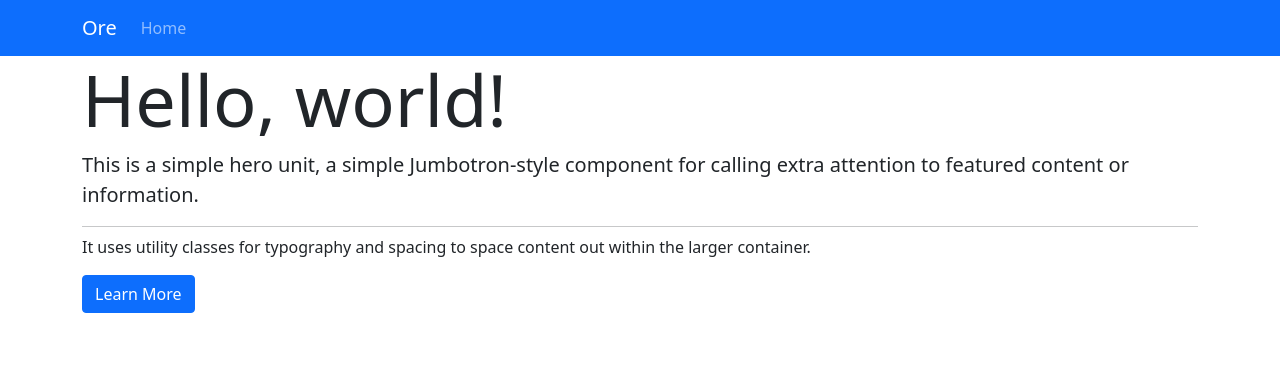
Repository: thf4/React-Front
Page: /
These files come from the project's save history. The page is drawn as it stood at one moment and after the next save; the edit follows.
The browser window is 1280 px wide. The pictures show the whole page.
The project was rebuilt for these pictures with package versions that can differ from the ones it lists, and the page was loaded fresh each time. Also part of the build but not shown: src/config/index.js, src/pages/Home/index.js, src/pages/Vizualizar/index.js, src/config/cadastrar.js, src/pages/Cadastrar/index.js, src/pages/Editar/index.js.

Above is the page before, as saved 2021-05-07 15:40:30.

### src/App.js
import React from "react";
import { BrowserRouter as Router, Switch, Route } from "react-router-dom";
import { Home } from "./pages/Home/";
import { View } from "./pages/Vizualizar/";
import { Cadastrar } from "./pages/Cadastrar/";
import { Editar } from "./pages/Editar/";
import { Menu } from "./components/Menu";
import { Login } from "./pages/Login/index"
import 'bootstrap/dist/css/bootstrap.min.css';
function App() {
  return (
    <div>
      <Menu />
      <Router>
        <Switch>
          <Route exact path="/" component={Login} />
          <Route path="/listar" component={Home} />
          <Route path="/view" component={View} />
          <Route path="/cadastrar" component={Cadastrar} />
          <Route path="/editar" component={Editar} />
        </Switch>
      </Router>
    </div>
  );
}

export default App;

### src/components/Menu.js
import React, { useState } from "react";
import {
  Collapse,
  Navbar,
  NavbarToggler,
  NavbarBrand,
  Nav,
  NavItem,
  NavLink,
  Container,
} from "reactstrap";
export const Menu = (props) => {
  const [isOpen, setIsOpen] = useState(false);
  const toggle = () => setIsOpen(!isOpen);

  return (
    <div>
      <Navbar color="primary" dark expand="md">
        <Container>
        <NavbarBrand href="/">Ore</NavbarBrand>
        <NavbarToggler onClick={toggle} />
        <Collapse isOpen={isOpen} navbar>
          <Nav className="mr-auto" navbar>
            <NavItem>
              <NavLink href="/">Home</NavLink>
            </NavItem>
          </Nav>
        </Collapse>
        </Container>
      </Navbar>
    </div>
  );
};

### src/pages/Login/index.js
import React from "react";
import { Jumbotron, Button, Container } from "reactstrap";

export const Login = (props) => {
  return (
    <div>
      <Jumbotron>
        <Container>
          <h1 className="display-2">Hello, world!</h1>
          <p className="lead">
            This is a simple hero unit, a simple Jumbotron-style component for
            calling extra attention to featured content or information.
          </p>
          <hr className="my-2" />
          <p>
            It uses utility classes for typography and spacing to space content
            out within the larger container.
          </p>
          <p className="lead">
            <Button color="primary">Learn More</Button>
          </p>
        </Container>
      </Jumbotron>
    </div>
  );
};

Loaded but not shown: public/index.html (common file); src/index.js (common file); src/index.css (common file); src/reportWebVitals.js (common file)

After the next save:
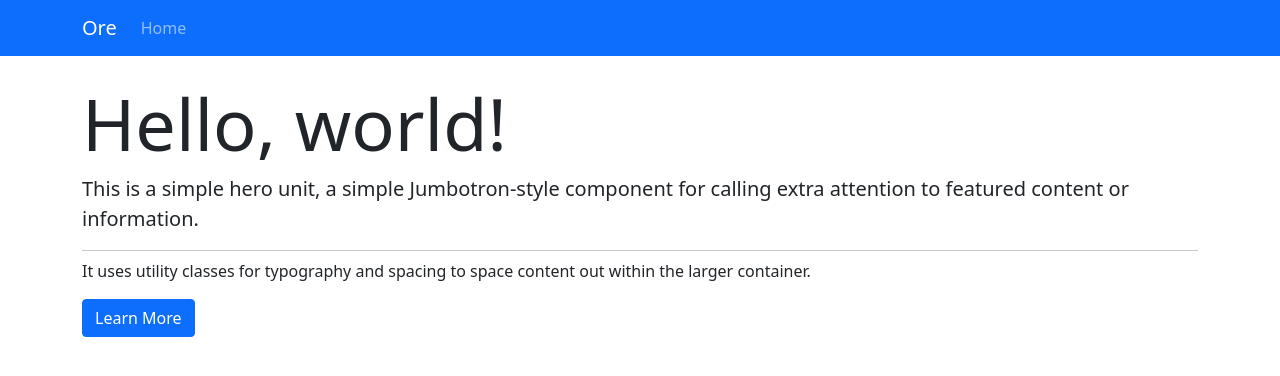
Saved 9 s later.
--- a/src/pages/Login/index.js
+++ b/src/pages/Login/index.js
@@ -6,7 +6,7 @@ export const Login = (props) => {
     <div>
       <Jumbotron>
         <Container>
-          <h1 className="display-2">Hello, world!</h1>
+          <h1 className="display-2 mt-4">Hello, world!</h1>
           <p className="lead">
             This is a simple hero unit, a simple Jumbotron-style component for
             calling extra attention to featured content or information.
